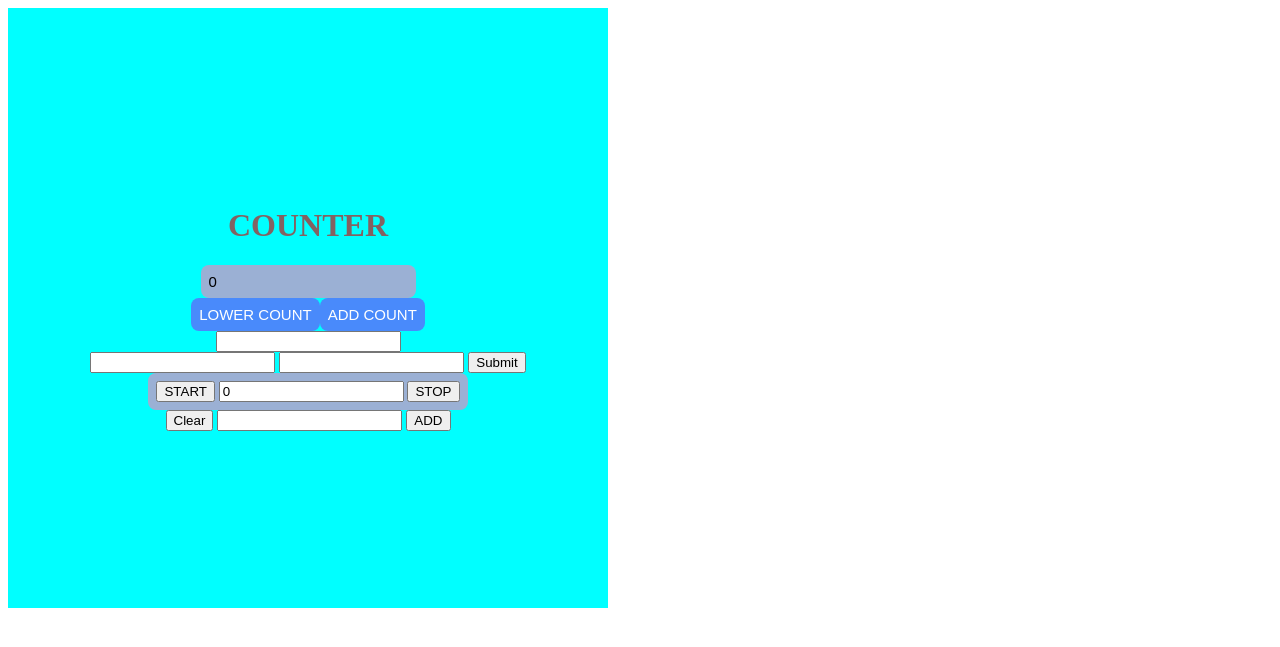
Repository: sedashahnazaryan/Caunter
Page: index.html
These files come from the project's save history. The page is drawn as it stood at one moment and after a run of saves; the edit follows.
The browser window is 1280 px wide. The pictures show the whole page.

Above is the page before, as saved 2022-02-15 01:25:38.

### index.html
<!DOCTYPE html>
<html lang="en">
<head>
    <meta charset="UTF-8">
    <meta http-equiv="X-UA-Compatible" content="IE=edge">
    <meta name="viewport" content="width=device-width, initial-scale=1.0">
    <title>Caunter</title>
    <link rel="stylesheet" href="./index.css">
</head>

<body>
    <div class="container">

        <h1 class="counter">COUNTER</h1>
    <input class="item1"id="input" type="text" value="0">
    <div class="btn-item">
        <button id="lower" onclick="">LOWER COUNT </button>
        <button id ="add">ADD COUNT</button>
    </div>

    <input id ="result" type="text">
    <div class="add-item">
        <input id="num1" type="text">
        <input id="num2" type="text">
        <button id="submit">Submit</button>
    </div>

    <div class="item1">
        <button id ="start">START</button>
         <input id ="interval"value=0 type="text">
          <button id ="stop">STOP</button>
    </div>
    <div class="item2">
        <button id ="adding">Clear</button>
        <input id="result-fibo" type="text">
        <button id="add-fibo">ADD</button>
    </div>
</div>

   <script src="./index.js"></script>
</body>
</html>

### index.css




.container{
  display: flex;
  height: 600px;
  width: 600px;
  justify-content: center;
  align-items: center;
  background-color: aqua;
  flex-direction: column;
}

.counter{
color: rgba(151, 75, 75, 0.87);

}



.btn-item{
    display: flex;
    justify-content: center;
}
#add,#lower {
    background-color: #498AFB;
    color: white;
    padding: 8px;
    border-radius: 8px;
    border: none;
    font-size: 15px;

    cursor: pointer;

}
/* #lower {
    background-color: #498AFB;
    color: white;
    padding: 8px;
    border-radius: 8px;
    border: none;
    font-size: 15px;
    cursor: pointer; */

    .item1{
        background-color: #9bb0d4;
        /* color: white; */
        padding: 8px;
        border-radius: 8px;
        border: none;
        font-size: 15px;

        cursor: pointer;
    }

### index.js
let counterDisplayElem = document.getElementById('input');
let counterMinusElem = document.getElementById('lower');
let counterPlusElem = document.getElementById('add');
let result=document.getElementById('result');
let num1 =document.getElementById('num1');
let num2 =document.getElementById('num2');
let submit=document.getElementById('submit');
let number = 0;



counterPlusElem.addEventListener("click",()=>{
    counterDisplayElem.value++;
}) ;

counterMinusElem.addEventListener("click",()=>{
    counterDisplayElem.value--;
});

function curry(a){
    return function(b){
       return a+b;
    }

};
submit.addEventListener('click',()=>{
result.value=curry(+num1.value)(+num2.value);

});
function fibonacci(num){
    if(num<=1){
        return num;

    }
      return fibonacci(num-1)+fibonacci(num-2);
    //   0,1,1,2,3,5,8,13,21-8րդ թիվն է
}
document.getElementById("add-fibo").addEventListener('click',()=>{
    document.getElementById('result-fibo').value+=fibonacci(number);
    number++;


    })

    document.getElementById("adding").addEventListener("click", ()=>{
        document.getElementById("result-fibo").value = "";
        number=0;
      });

      let interval;
      function starting(){
      interval=setInterval(() => {
          document.getElementById('interval').value++;

      }, 500)};

      function off(){
        clearInterval(interval);
        document.getElementById('interval').value="";

      }
      document.getElementById('start').addEventListener('click',starting)


      document.getElementById('stop').addEventListener('click',off);

After the next 3 saves:
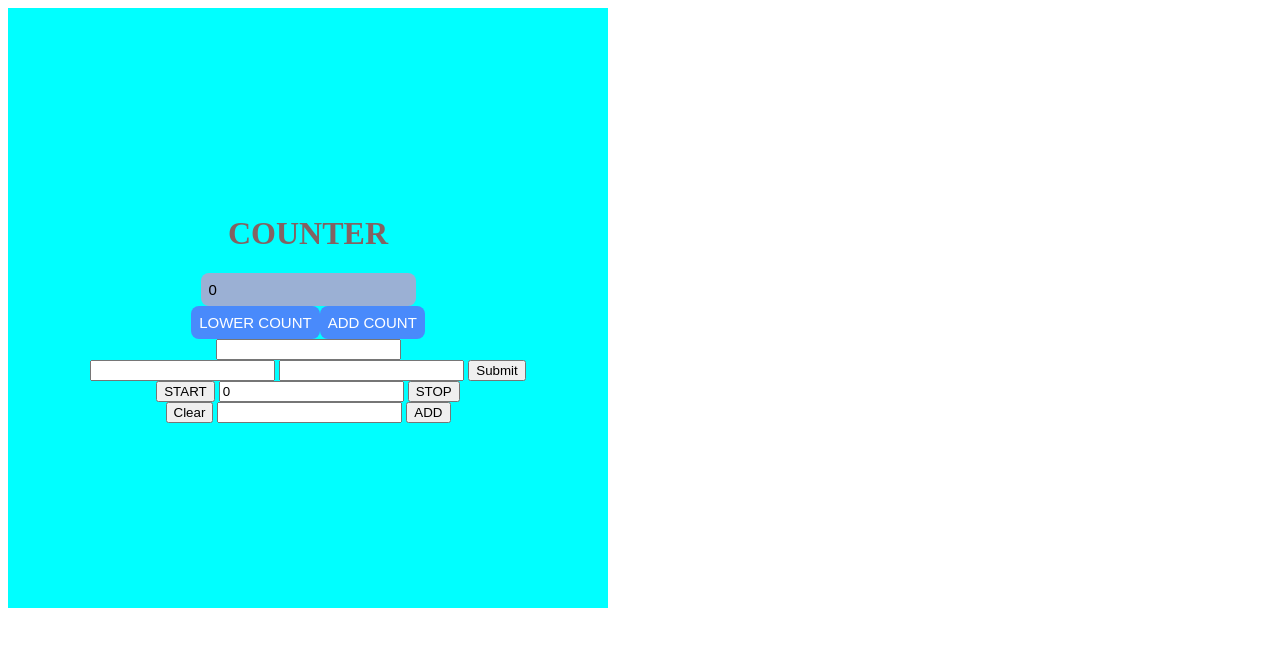
The 3 saves are shown as one change because they came seconds apart.
The last was saved 49 s later.
--- a/index.css
+++ b/index.css
@@ -43,7 +43,7 @@ color: rgba(151, 75, 75, 0.87);
     font-size: 15px;
     cursor: pointer; */
 
-    .item1{
+#input{
         background-color: #9bb0d4;
         /* color: white; */
         padding: 8px;
